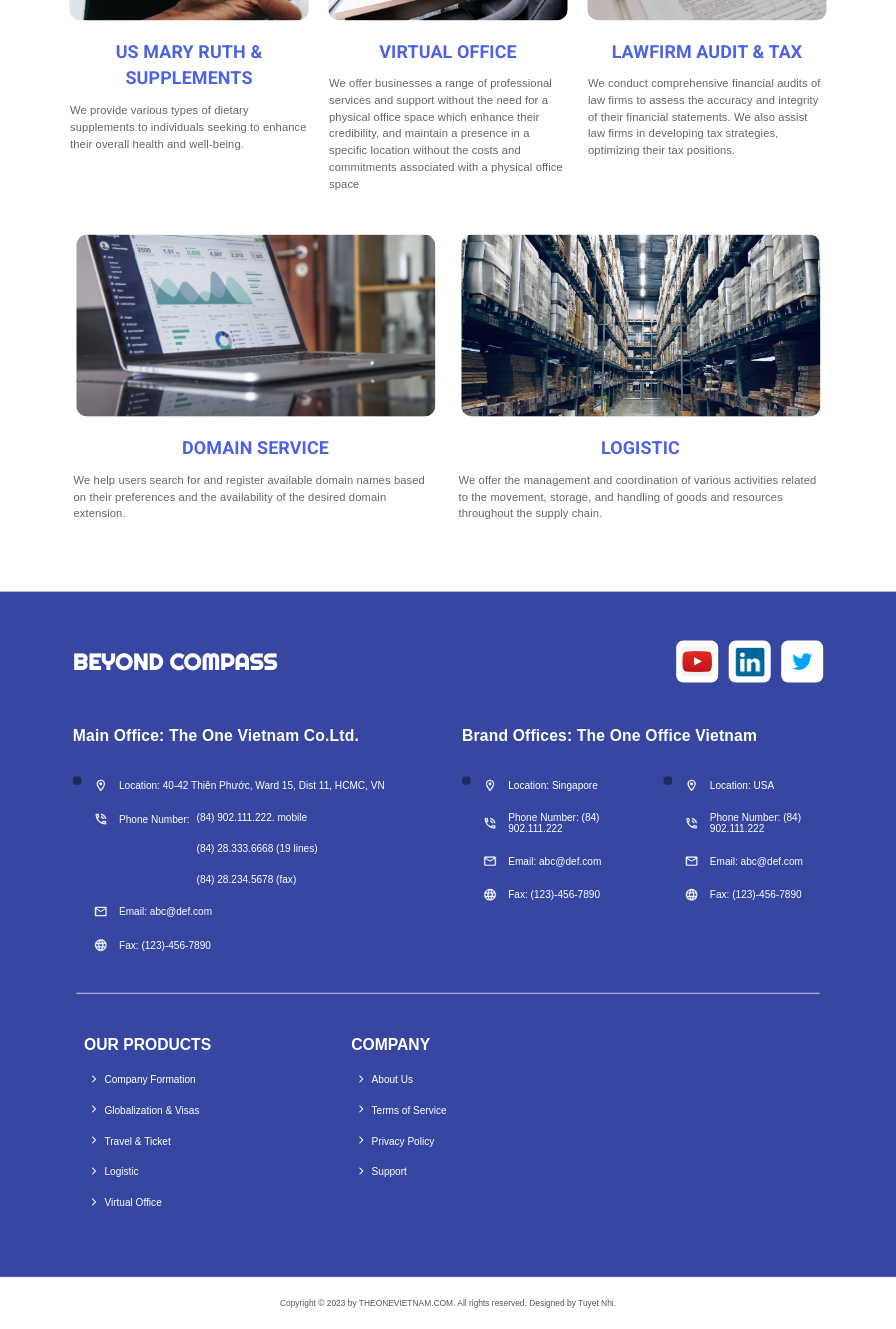
Repository: trunghau06/baitapRn
Page: pages/product.html
The author's editor kept a copy of each file at every save. The page is drawn from the files as they stood at one save, then again after the next save.
The browser window is 1280 px wide. The pictures show the part of the page from y = 1363 to 3283 px (the page is 3262 px tall before and 3283 px after), at 70% of full size.

Above is the page before, as saved 2025-10-15 19:47:49.

After the next save:
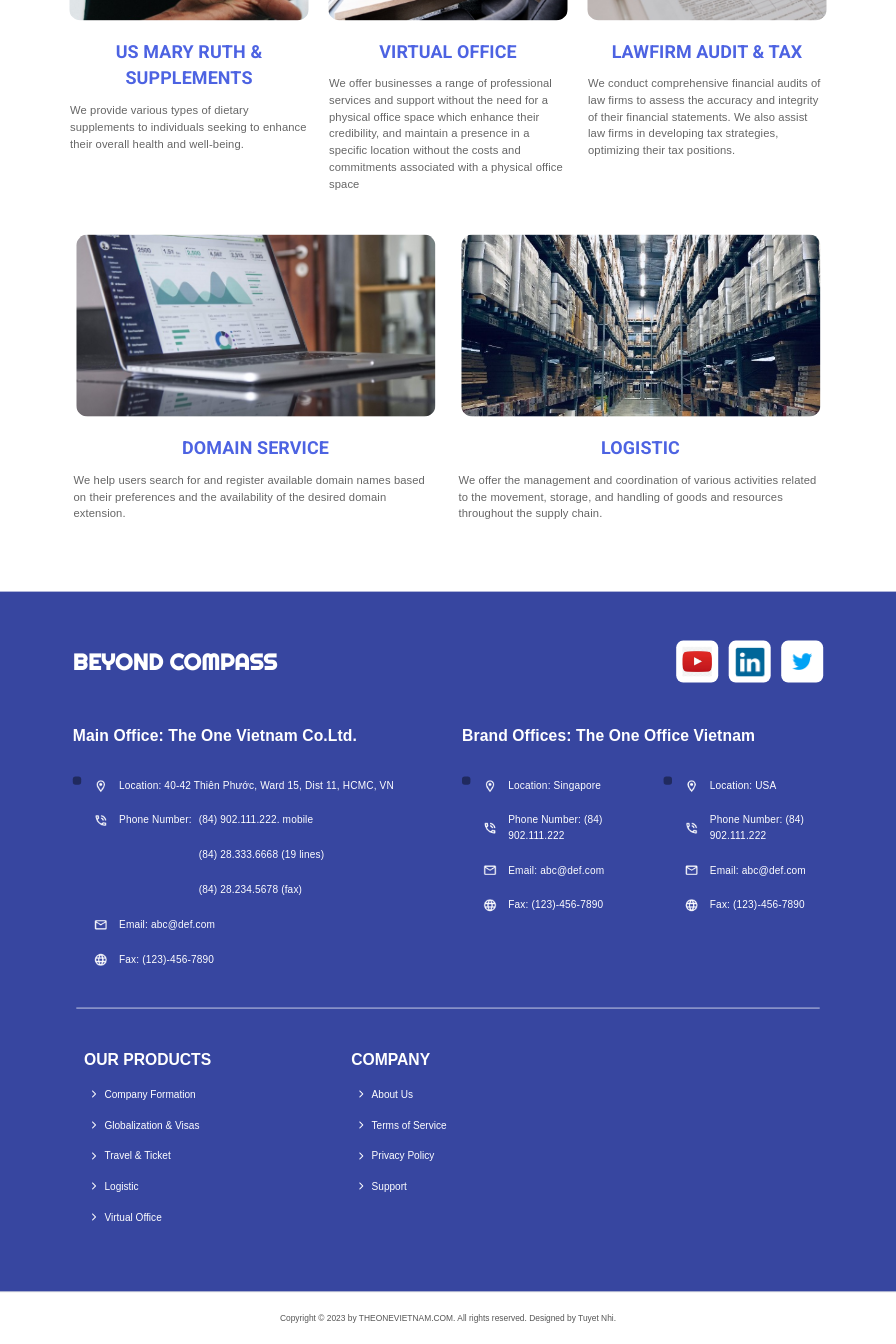
Saved 22 s later.
--- a/style/product.css
+++ b/style/product.css
@@ -315,7 +315,7 @@ nav {
     font-size: 1.4em;
     color: #FFFFFF;
     line-height: 1.5;
-    letter-spacing: 0.24px;
+    letter-spacing: 0.16px;
 }
 
 .office-info {
@@ -345,7 +345,8 @@ nav {
     align-items: center;
     font-size: 0.9em;
     color: #FFFFFF;
-
+    line-height: 1.5;
+    letter-spacing: 0.24px;
 }
 
 .phone-group {
